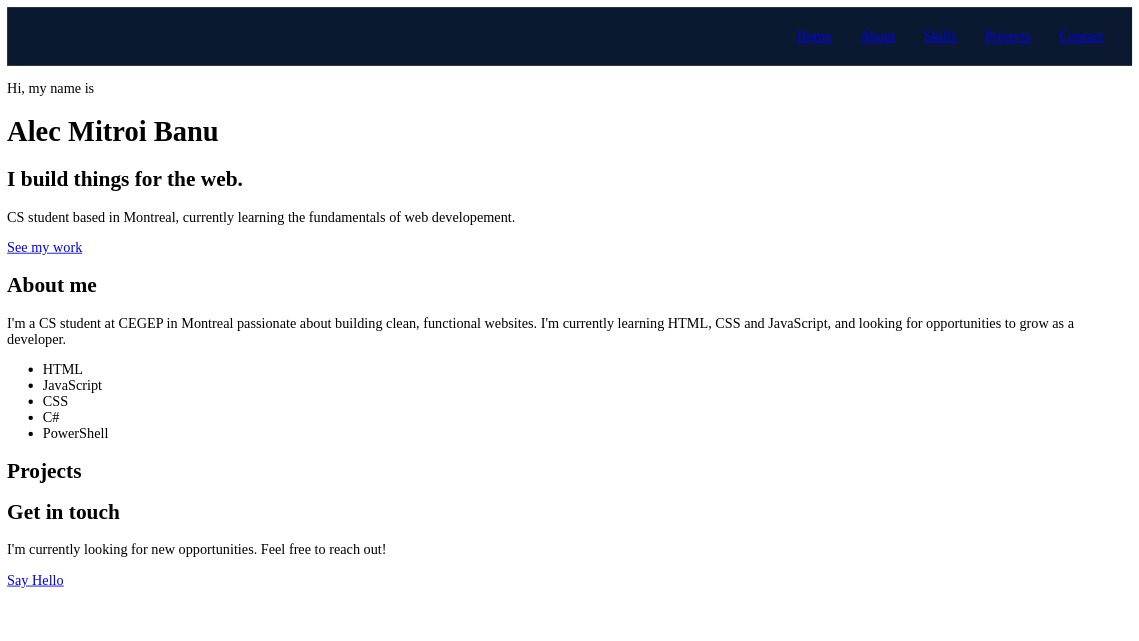
Repository: Alec-Banu/Alec-Banu
Page: index.html
These files come from the project's save history. The page is drawn as it stood at one moment and after the next save; the edit follows.
The browser window is 1280 px wide. The pictures show the whole page, at 89% of full size.

Above is the page before, as saved 2026-04-22 13:16:05.

### index.html
<!doctype html>
<html lang="en">
  <head>
    <meta charset="UTF-8" />
    <meta name="viewport" content="width=device-width, initial-scale=1.0" />
    <title>Alec Mitroi Banu</title>
    <link rel="stylesheet" href="./styles/globals.css" />
    <link rel="stylesheet" href="./styles/index.css" />
  </head>
  <body>
    <!-- Nav  -->
    <nav>
      <a href="#hero">Home</a>
      <a href="#about">About</a>
      <a href="#skills">Skills</a>
      <a href="#projects">Projects</a>
      <a href="#contact">Contact</a>
    </nav>

    <!-- Hero  -->
    <hero id="hero">
      <p>Hi, my name is</p>
      <h1>Alec Mitroi Banu</h1>
      <h2>I build things for the web.</h2>
      <p>
        CS student based in Montreal, currently learning the fundamentals of web
        developement.
      </p>
      <a href="#projects">See my work</a>
    </hero>

    <!-- About  -->
    <about id="about">
      <h2>About me</h2>
      <p>
        I'm a CS student at CEGEP in Montreal passionate about building clean,
        functional websites. I'm currently learning HTML, CSS and JavaScript,
        and looking for opportunities to grow as a developer.
      </p>
    </about>

    <!-- Skills  -->
    <skills id="skills">
      <ul>
        <li>HTML</li>
        <li>JavaScript</li>
        <li>CSS</li>
        <li>C#</li>
        <li>PowerShell</li>
      </ul>
    </skills>

    <!-- Projects -->
    <projects id="projects">
      <h2>Projects</h2>
    </projects>

    <!-- Contact -->
    <contact id="contact">
      <h2>Get in touch</h2>
      <p>
        I'm currently looking for new opportunities. Feel free to reach out!
      </p>
      <a href="mailto:alecbanu@yahoo.com">Say Hello</a>
    </contact>
  </body>
</html>

### styles/index.css
nav {
  display: flex;
  gap: 2rem;
  padding: 1.5rem 2rem;
  justify-content: flex-end;
  position: sticky;
  top: 0;
  background-color: #0a192f;
}

#hero {
}

Loaded but not shown: styles/globals.css (no stored copy; drawn as an empty file)

After the next save:
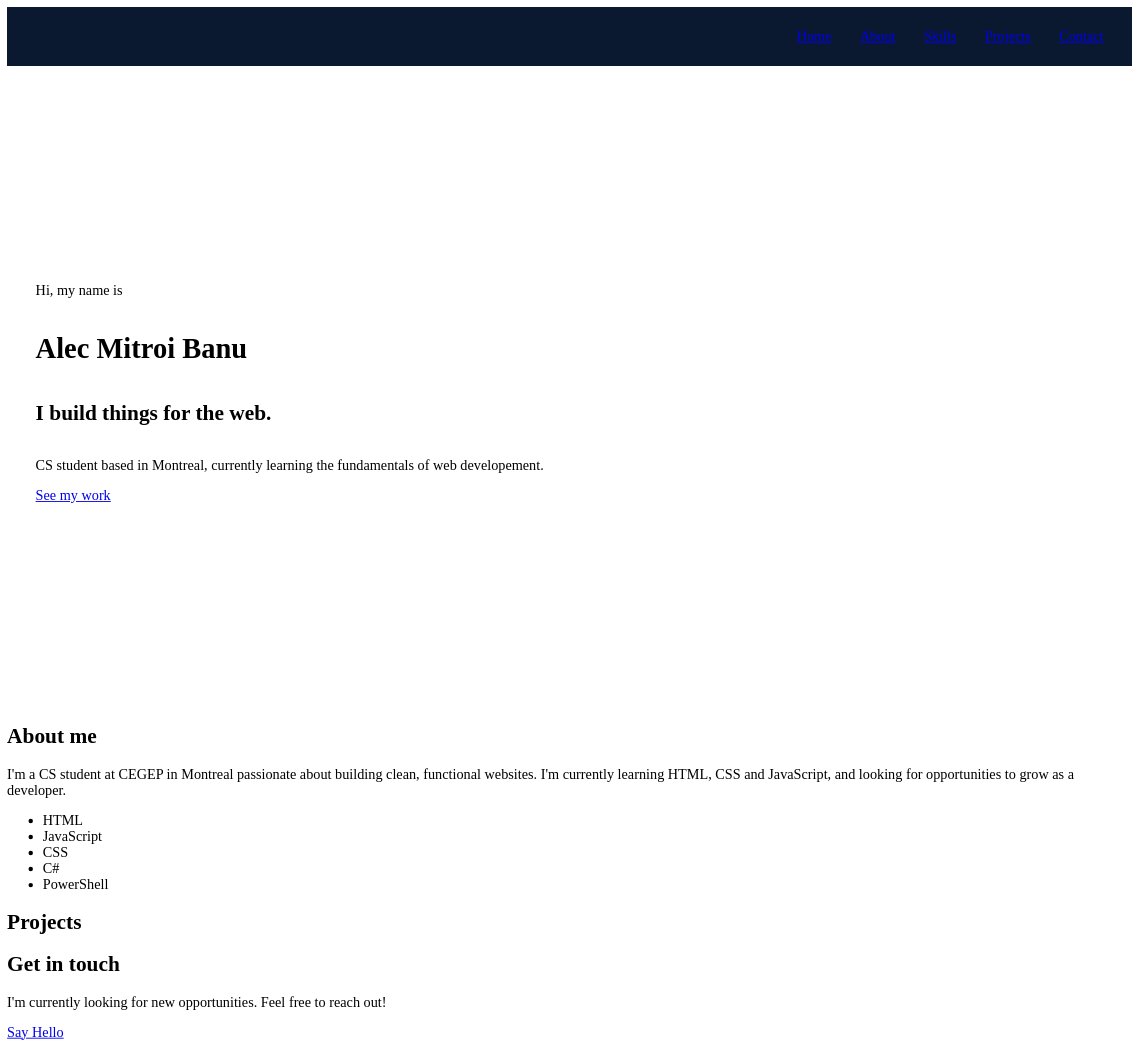
Saved 2 min 3 s later.
--- a/styles/index.css
+++ b/styles/index.css
@@ -9,4 +9,10 @@ nav {
 }
 
 #hero {
+    min-height: 100vh;
+    display: flex;
+    flex-direction: column;
+    justify-content: center;
+    padding: 0 2rem;
+    max-width: ;
 }
